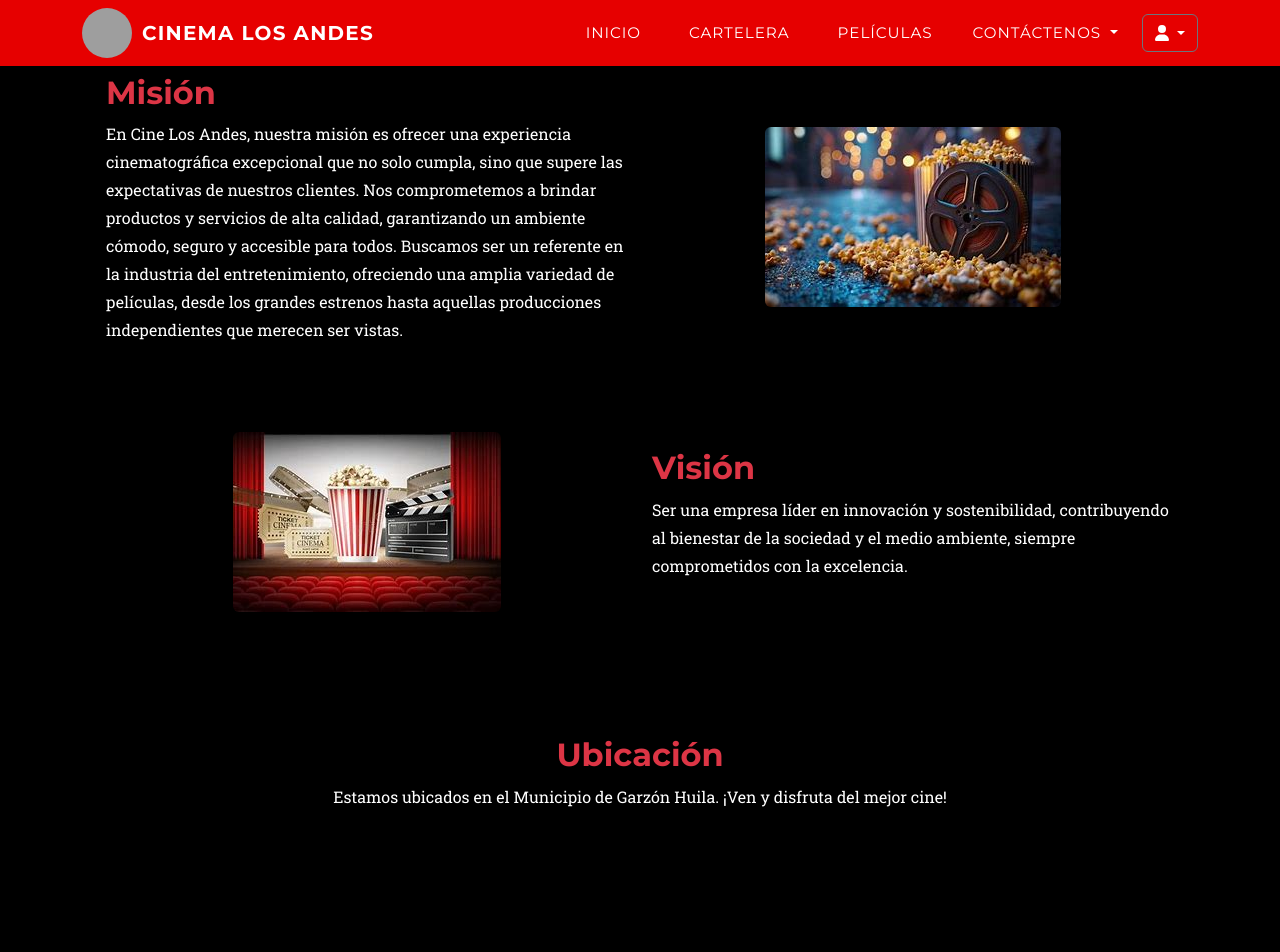
Repository: FelipeADSO/PROYECTO-SENA-FINAL
Page: cinema/templates/somos.html
An editor plug-in stored every save of this project. The page is shown before and after a run of saves, followed by the edit.
The browser window is 1280 px wide. The pictures show the part of the page from y = 0 to 952 px (the page is 1487 px tall).
Pictures or frames that could not be fetched are drawn as grey boxes. Some web libraries are served in a nearby version. The template is drawn by Django 5.2. The application's start-up code is not run. The template is opened directly, without the code that normally fills it, so the values that code supplies are empty.

Above is the page before, as saved 2025-03-06 08:53:35.

After the next 3 saves:
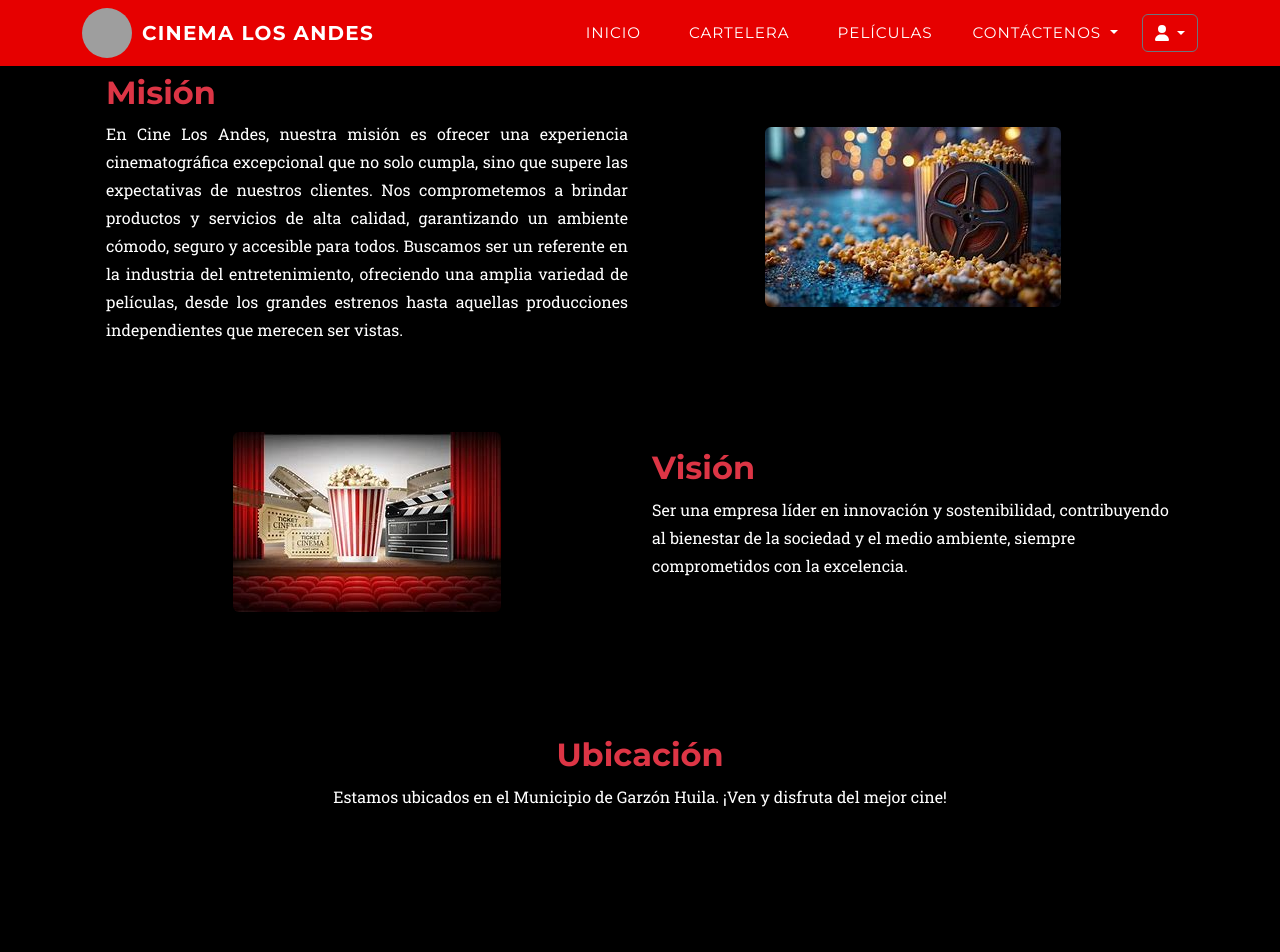
The 3 saves are shown as one change because they came seconds apart.
The last was saved 12 s later.
--- a/cinema/templates/somos.html
+++ b/cinema/templates/somos.html
@@ -32,7 +32,10 @@
         border-radius: 10px;
         border: none;
     }
-    .juast</style>
+    .justificar {
+        text-align: justify;
+    }
+</style>
 {% endblock %}
 
 {% block content %}
